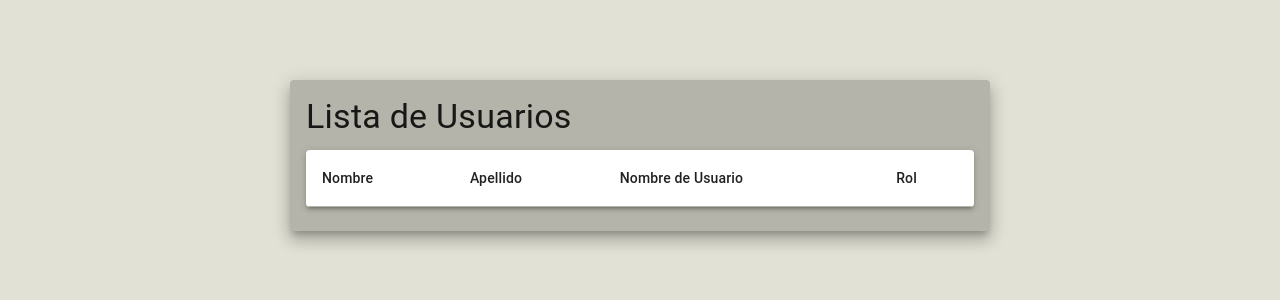
Repository: Mpablom/usuarioCaC-integrador-final-front
Page: /usuarios
These files come from the project's save history. The page is drawn as it stood at one moment and after the next save; the edit follows.
The browser window is 1280 px wide. The pictures show the whole page.
The page's requests for data from a server got no answer. The project was rebuilt for these pictures with package versions that can differ from the ones it lists, and the page was loaded fresh each time. No one was signed in, and anything a server would have sent is missing. Also part of the build but not shown: vite.config.ts, src/components/Login.tsx.

Above is the page before, as saved 2024-07-11 00:16:30.

### src/App.tsx
// App.tsx (o donde configures tus rutas)
import React from 'react';
import {
  BrowserRouter as Router,
  Route,
  Routes,
  Navigate,
} from 'react-router-dom';
import Login from './components/Login'; // Componente de inicio de sesión
import UsuariosTable from './components/UsuariosTable'; // Componente de la tabla de usuarios

const App: React.FC = () => {
  return (
    <Router>
      <Routes>
        <Route path="/login" element={<Login />} />
        <Route path="/usuarios" element={<UsuariosTable />} />
        <Route path="/" element={<Navigate to="/login" />} />
      </Routes>
    </Router>
  );
};

export default App;

### src/index.css
 :root {
  font-family: system-ui, -apple-system, BlinkMacSystemFont, 'Segoe UI', Roboto;
  line-height: 1.5;
  /* font-weight: 400; */

  color-scheme: light dark;
  color: rgba(255, 255, 255, 0.87);
  background-color: #E1E1D5;

  font-synthesis: none;
  text-rendering: optimizeLegibility;
  -webkit-font-smoothing: antialiased;
  -moz-osx-font-smoothing: grayscale;
}
Card{
  background-color: #B4B4AA;
}
/*
a {
  font-weight: 500;
  color: #646cff;
  text-decoration: inherit;
}
a:hover {
  color: #535bf2;
}

body {
  margin: 0;
  display: flex;
  place-items: center;
  min-width: 320px;
  min-height: 100vh;
}

h1 {
  font-size: 3.2em;
  line-height: 1.1;
  color: #1a1a1a;
}

button {
  border-radius: 8px;
  border: 1px solid transparent;
  padding: 0.6em 1.2em;
  font-size: 1em;
  font-weight: 500;
  font-family: inherit;
  background-color: #1a1a1a;
  cursor: pointer;
  transition: border-color 0.25s;
}
button:hover {
  border-color: #646cff;
}
button:focus,
button:focus-visible {
  outline: 4px auto -webkit-focus-ring-color;
}

@media (prefers-color-scheme: light) {
  :root {
    color: #213547;
    background-color: #ffffff;
  }
  a:hover {
    color: #747bff;
  }
  button {
    background-color: #f9f9f9;
  }
}
 */

### src/components/UsuariosTable.tsx
import React, { useEffect, useState } from "react";
import {
  TableContainer,
  Table,
  TableHead,
  TableBody,
  TableRow,
  TableCell,
  Paper,
  Card,
  CardHeader,
  CardContent,
  Typography,
} from "@mui/material";
import { Usuario } from "../models/UsuarioModel";
import { getUsuarios } from "../axios/UsuarioApi";

const UsuariosTable: React.FC = () => {
  const [usuarios, setUsuarios] = useState<Usuario[]>([]);

  useEffect(() => {
    const fetchUsuarios = async () => {
      try {
        const usuariosData = await getUsuarios();
        setUsuarios(usuariosData);
      } catch (error) {
        console.error("Error fetching usuarios:", error);
      }
    };

    fetchUsuarios();
  }, []);

  return (
    <Card sx={{ maxWidth: 700, margin: "auto", boxShadow:'10', mt: 10, bgcolor:"#B4B4AA" }}>
      <CardContent>
         <Typography variant="h4" component="h1" gutterBottom>
          Lista de Usuarios
        </Typography>
        <TableContainer component={Paper} sx={{ boxShadow:'3' }}>
          <Table sx={{borderColor:"#b4b4aa"}}>
            <TableHead>
              <TableRow>
                <TableCell sx={{borderColor:"#b4b4aa"}}>Nombre</TableCell>
                <TableCell sx={{borderColor:"#b4b4aa"}}>Apellido</TableCell>
                <TableCell sx={{borderColor:"#b4b4aa"}}>Nombre de Usuario</TableCell>
                <TableCell sx={{borderColor:"#b4b4aa"}}>Rol</TableCell>
              </TableRow>
            </TableHead>
            <TableBody>
              {usuarios.map((usuario) => (
                <TableRow key={usuario.id} sx={{borderColor:"#b4b4aa"}}>
                  <TableCell sx={{borderColor:"#b4b4aa"}}>{usuario.nombre}</TableCell>
                  <TableCell sx={{borderColor:"#b4b4aa"}}>{usuario.apellido}</TableCell>
                  <TableCell sx={{borderColor:"#b4b4aa"}}>{usuario.username}</TableCell>
                  <TableCell sx={{borderColor:"#b4b4aa"}}>{usuario.rol}</TableCell>
                </TableRow>
              ))}
            </TableBody>
          </Table>
        </TableContainer>
      </CardContent>
    </Card>
  );
};

export default UsuariosTable;

### src/axios/UsuarioApi.ts
import api from './Api';
import { Usuario, UsuarioLogin } from '../models/UsuarioModel';

export const getUsuarios = async (): Promise<Usuario[]> => {
  const response = await api.get('/usuarios');
  return response.data;
};

export const getUsuarioById = async (id: number): Promise<Usuario> => {
  const response = await api.get(`/usuarios/${id}`);
  return response.data;
};

export const createUsuario = async (usuario: Usuario): Promise<void> => {
  const response = await api.post('/usuarios', usuario);
  return response.data;
};

export const updateUsuario = async (id: number, usuario: Usuario): Promise<void> => {
  const response = await api.put(`/usuarios/${id}`, usuario);
  return response.data;
};

export const deleteUsuario = async (id: number): Promise<void> => {
  const response = await api.delete(`/usuarios/${id}`);
  return response.data;
};

export const restoreUsuario = async (id: number): Promise<void> => {
  const response = await api.patch(`/usuarios/${id}`);
  return response.data;
};
export const login = async (usuarioLogin: UsuarioLogin): Promise<Usuario> => {
    try {
        const response = await api.post(`/usuarios/login`, usuarioLogin);
        return response.data as Usuario; // Asegúrate de que response.data sea del tipo Usuario
    } catch (error) {
        if (error instanceof Error) {
            throw new Error(`Error al iniciar sesión: ${error.message}`);
        } else {
            throw new Error(`Error al iniciar sesión: Error desconocido`);
        }
    }
  }

### src/axios/api.ts
import axios from 'axios';

const api = axios.create({
  baseURL: 'http://localhost:8080',
  headers: {
    'Content-Type': 'application/json',
  },
});

export default api;

Loaded but not shown: index.html (common file); src/main.tsx (common file)

After the next save:
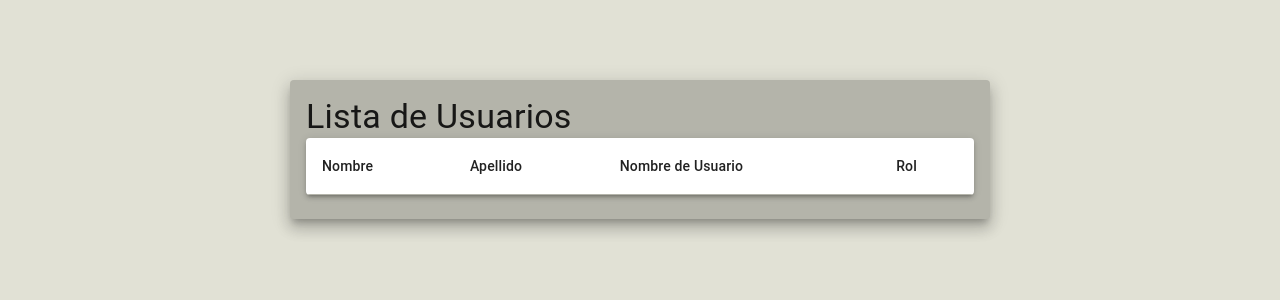
Saved 7 s later.
--- a/src/components/UsuariosTable.tsx
+++ b/src/components/UsuariosTable.tsx
@@ -34,7 +34,7 @@ const UsuariosTable: React.FC = () => {
   return (
     <Card sx={{ maxWidth: 700, margin: "auto", boxShadow:'10', mt: 10, bgcolor:"#B4B4AA" }}>
       <CardContent>
-         <Typography variant="h4" component="h1" gutterBottom>
+         <Typography variant="h4" component="h1">
           Lista de Usuarios
         </Typography>
         <TableContainer component={Paper} sx={{ boxShadow:'3' }}>
